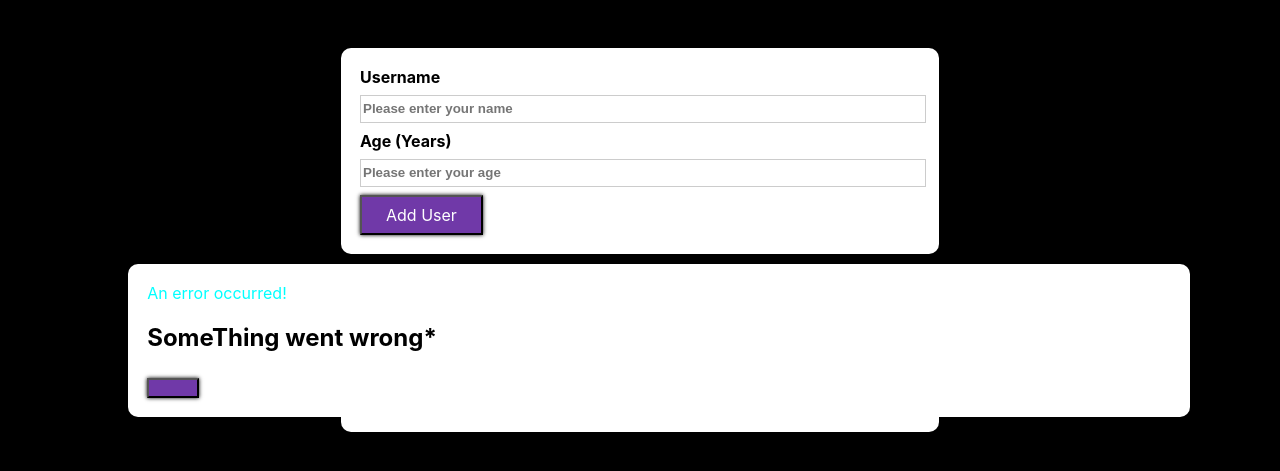
Repository: NamalPathirana/section-eight
Page: /
These files come from the project's save history. The page is drawn as it stood at one moment and after the next save; the edit follows.
The browser window is 1280 px wide. The pictures show the whole page.
The project was rebuilt for these pictures with package versions that can differ from the ones it lists, and the page was loaded fresh each time. Also part of the build but not shown: src/App.module.css.

Above is the page before, as saved 2021-12-04 14:10:22.

### src/index.css
body {
  margin: 0;
  padding: 0%;
  height: 100%;
  width: 100%;
  display: flex;
  flex-direction: column;
  background-color: black;
  font-family: -apple-system, BlinkMacSystemFont, 'Segoe UI', 'Roboto', 'Oxygen',
    'Ubuntu', 'Cantarell', 'Fira Sans', 'Droid Sans', 'Helvetica Neue',
    sans-serif;
  -webkit-font-smoothing: antialiased;
  -moz-osx-font-smoothing: grayscale;
}

code {
  font-family: source-code-pro, Menlo, Monaco, Consolas, 'Courier New',
    monospace;
}

### src/App.js
import styles from "./App.module.css";
import react, { useState } from "react";
import UserInput from "./Components/UserInput/UserInput";
import UserList from "./Components/UserList/UserList";
import Card from "./UI/Card/Card";

function App() {
  const [listOfEntries, SetListOfEntries] = useState([
    { key: 0, name: "Dave", age: "000" },
    { key: 1, name: "looper", age: "29" },
  ]);

  const UserEntryCallbackHandler = (props) => {
    SetListOfEntries((prevListOfEntries) => {
      const tempList = [...prevListOfEntries];
      tempList.unshift({
        key: Math.random(),
        name: props.name,
        age: props.age,
      });
      return tempList;
    });
    console.log(listOfEntries);
  };

  const entryDeletionCallback = (entryKey) => {
    SetListOfEntries((perEntry) => {
      const updatedEntries = perEntry.filter((entry) => {
        return entry.key !== entryKey;
      });
      return updatedEntries;
    });
  };

  let UserInfoSegment = <Card><h3 className={styles.block}>No Entries Exists To Display</h3></Card>;

  if (listOfEntries.length > 0) {
    UserInfoSegment = (
      <UserList
        items={listOfEntries}
        deletionHandler={entryDeletionCallback}
      ></UserList>
    );
  }

  return (
    <div className="App">
      <section>
        <UserInput onUserEntry={UserEntryCallbackHandler}></UserInput>
      </section>
      <section>
      {UserInfoSegment}
      </section>
    </div>
  );
}

export default App;

### src/Components/UserInput/UserInput.js
import Button from "../../UI/Button/Button";
import styles from "./UserInput.module.css";
import { useState } from "react";
import Card from "../../UI/Card/Card";
import ErrorModal from "../../UI/ErrorModal/ErrorModal";

const UserInput = (props) => {
  const userEntry = { key: 0, name: "lol", age: "25" };

  const [username, SetUserName] = useState("");
  const [age, SetAge] = useState("");
  const [isValid, SetIsValid] = useState(true);

  const NameInputHandler = (props) => {
    SetUserName(props.target.value);

    if (props.target.value.length > 0) {
      SetIsValid(true);
    }
    // console.log('[UserInput.js / userName : ]'+username)
  };

  const AgeInputHandler = (props) => {
    SetAge(props.target.value);
    if (props.target.value.length > 0) {
      SetIsValid(true);
    }
    // console.log('[UserInput.js / userName : ]'+age);
  };

  const FormSubmitHandler = (event) => {
    event.preventDefault();

    if (username.length === 0) {
      SetIsValid(false);
      return;
    }
    if(+age<1){
        SetIsValid(false);
        return;
    }

    userEntry.key = Math.random();
    userEntry.name = username;
    userEntry.age = age;

    props.onUserEntry(userEntry);

    SetUserName("");
    SetAge("");
  };

  return (
    <div>
    <ErrorModal title="An error occurred!" message='SomeThing went wrong*'></ErrorModal>
    <Card>
      <form onSubmit={FormSubmitHandler}>
        <div className={styles.frame}>
          <label className={`${!isValid ? styles.inValid : ""}`}>
            Username
          </label>
          <input
            placeholder="Please enter your name"
            type="text"
            onChange={NameInputHandler}
            className={!isValid ? styles.inValid : ""}
            value={username}
          />
          <label className={`${!isValid ? styles.inValid : ""}`}>
            Age (Years)
          </label>
          <input
            placeholder="Please enter your age"
            type="number"
            max="120"
            maxLength="2"
            min="12"
            onChange={AgeInputHandler}
            value={age}
            className={`${!isValid ? styles.inValid : ""}`}
          />
          <Button name="Add User" type="submit"></Button>
        </div>
      </form>
    </Card>
    </div>
  );
};

export default UserInput;

### src/Components/UserList/UserList.js
import styles from './UserList.module.css';
import UserListItem from '../UserListItem/UserListItem'
import Card from '../../UI/Card/Card';


const UserList = (props) => {

    const listUserItems = props.items.map(row=>{
        return  <UserListItem key={row.key} name={row.name} age={row.age} clicked={()=>{props.deletionHandler(row.key)}}/>;
    });

    return(
        <Card>
        <div className={styles.frame}>
           {listUserItems}
        </div>
        </Card>
    );
}

export default UserList;

### src/UI/Card/Card.js
import styles from './Card.module.css';

const Card = (props) => {

    return (<div className={`${styles.card} ${props.className}`}>
        {props.children}
    </div>);

}

export default Card;

### src/UI/Button/Button.js
import styles from "./Button.module.css";

const Button = (props) => {
  return <button className={styles.button} type={props.type || 'button'}>{props.name}</button>;
};

export default Button;

### src/Components/UserInput/UserInput.module.css
.frame{

}

.frame input{
    display: block;
    font-weight: bold;
    border: 1px solid #ccc;
    line-height: 1.5rem;
    padding: 100 0.25rm;
    width: 100%;
    margin-bottom: 0.5rem;
}

.frame input:hover{
    border: 1px solid rgb(49, 45, 45);
}

label.inValid {
    color: red;
}

input.inValid {
    background-color: rgb(233, 161, 161);
    border: 1px solid red;
 }

.frame label{
    display: block;
    align-content: flex-start;
    font-weight: bold;
    margin-bottom: 0.5rem;
}

### src/UI/ErrorModal/ErrorModal.js
import styles from "./ErrorModal.module.css";
import Card from "../Card/Card";
import Button from "../Button/Button"

const ErrorModal = (props) => {
  return (
    <Card className={styles.modal}>
      <header className={styles.header} >{props.title}</header>
      <h2 className={styles.message}>{props.message}</h2>
      <footer className={styles.footer}><Button>Close</Button></footer>
    </Card>
  );
};

export default ErrorModal;

### src/Components/UserList/UserList.module.css
.frame{

}

### src/Components/UserListItem/UserListItem.js
import styles from './UserListItem.module.css';


const UserListItem = (props) => {

    return(
        <div className={styles.list_item} onClick={props.clicked}>
            <h3>{props.name} ({props.age} Years Old)</h3>
        </div>
    );
}

export default UserListItem;

### src/UI/Card/Card.module.css
.card{
    margin: 0.5rem 0.5rem;
    padding: 1.2rem 1.2rem;
    width: 35rem;
    max-width: 90%;
    margin: 3rem auto;
    background-color: white;
    border-radius: 10px;
}

### src/UI/Button/Button.module.css
.button{
    font: inherit;
    padding: 0.5rem 1.5rem;
    background-color: rgb(112, 57, 168);
    color:white;
    box-shadow: 0 0 4px black;
    cursor: pointer;
    width: auto;
}

.button:focus{
    outline: none;
}

.button:hover,.button:active{
    background-color: rgb(185, 140, 231);
    border-color: rgb(185, 140, 231);
    box-shadow: 0 0 8px black;
}

### src/UI/ErrorModal/ErrorModal.module.css
.modal{
    position: fixed;
    top:30vh;
    left: 10%;
    width: 80%;
    z-index: 100;
    overflow: hidden;
}

.header{
    color: aqua;
}

### src/Components/UserListItem/UserListItem.module.css
.list_item{
    border: 1px solid gray;
    display: block;
    padding: 0.5rem 0.3rem;
    margin: 3px 0px;

}

.list_item:hover{
    background-color: antiquewhite;
}

.list_item:active{
    background-color: rgb(251, 199, 199);
}


.list_item h3{
    margin: 0px;
}

Loaded but not shown: public/index.html (common file); src/index.js (common file); src/reportWebVitals.js (common file)

After the next save:
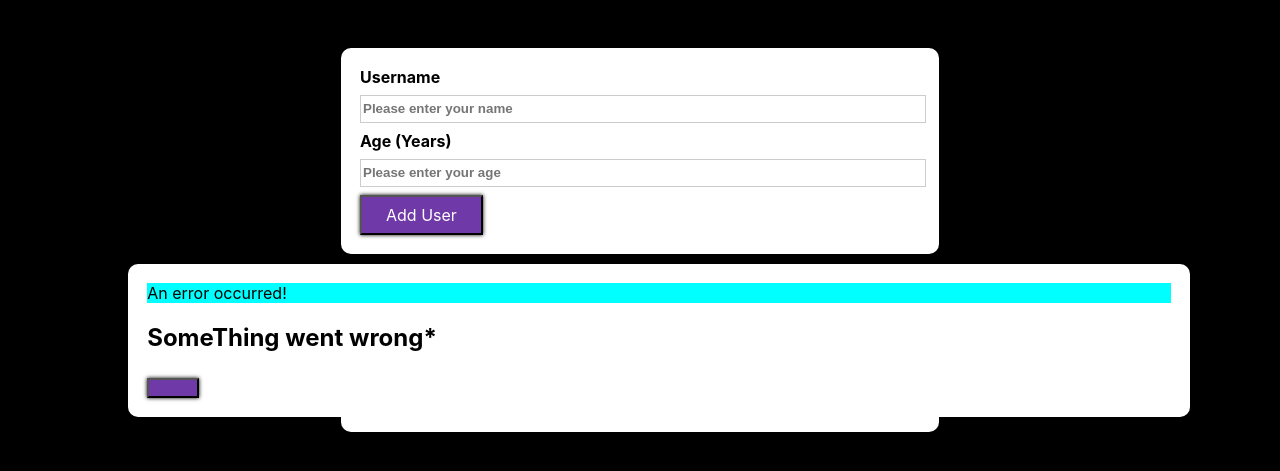
Saved 9 s later.
--- a/src/UI/ErrorModal/ErrorModal.module.css
+++ b/src/UI/ErrorModal/ErrorModal.module.css
@@ -8,5 +8,5 @@
 }
 
 .header{
-    color: aqua;
+    background-color: aqua;
 }
